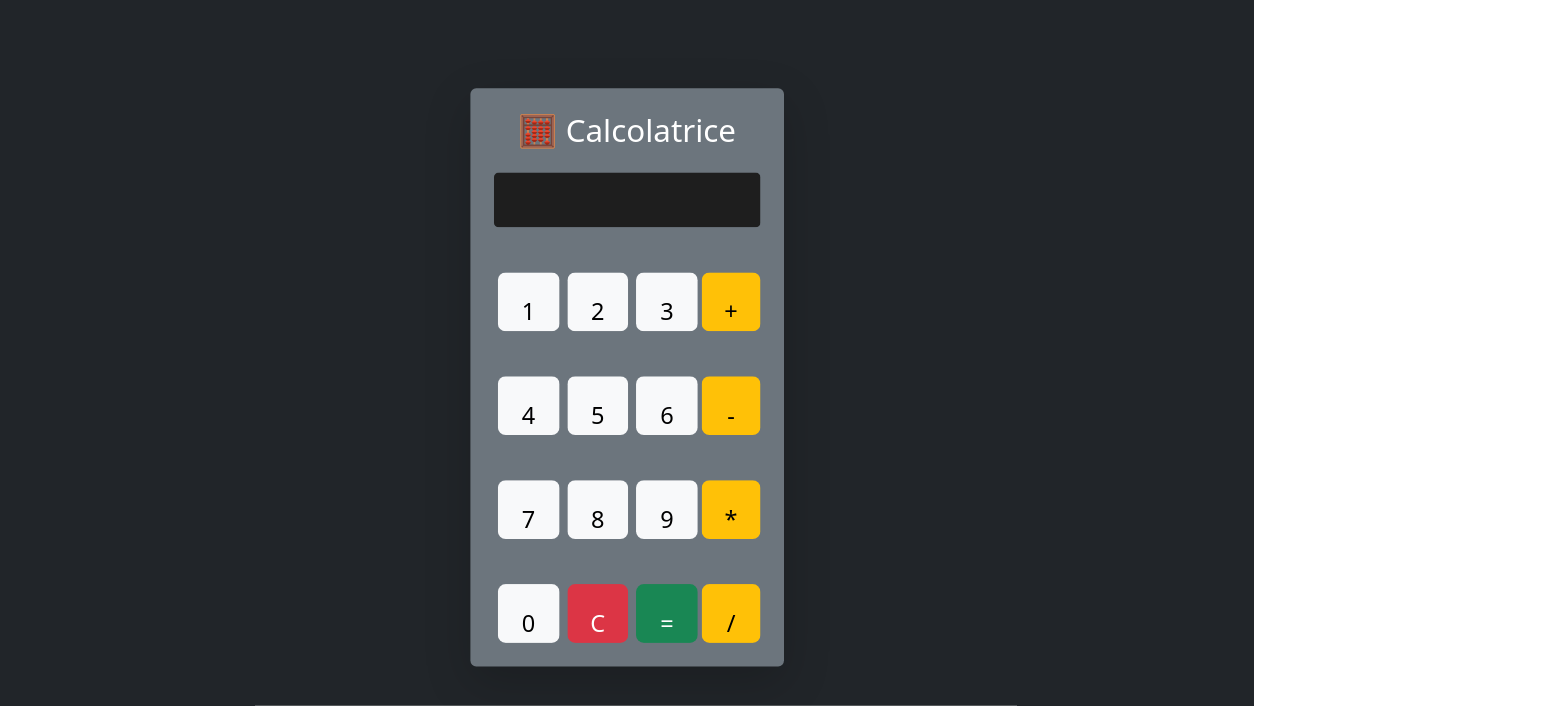
Repository: Probyte5D/Calcolatrice-FullStack
Page: /calculator (app in frontend/)
An editor plug-in stored every save of this project. The page is shown before and after the next save, followed by the edit.
The browser window is 1280 px wide. The page is 1280 px wide, then 1584 px, then 1280 px, so the pictures cover 1584 px, including what lies to the right of the window. The pictures show the whole page, at 98% of full size.
The project was rebuilt for these pictures with package versions that can differ from the ones it lists, and the page was loaded fresh each time. Also part of the build but not shown: frontend/src/App.css, frontend/src/components/HomePage.js.

Above is the page before, as saved 2025-04-19 16:55:27.

After the next save:
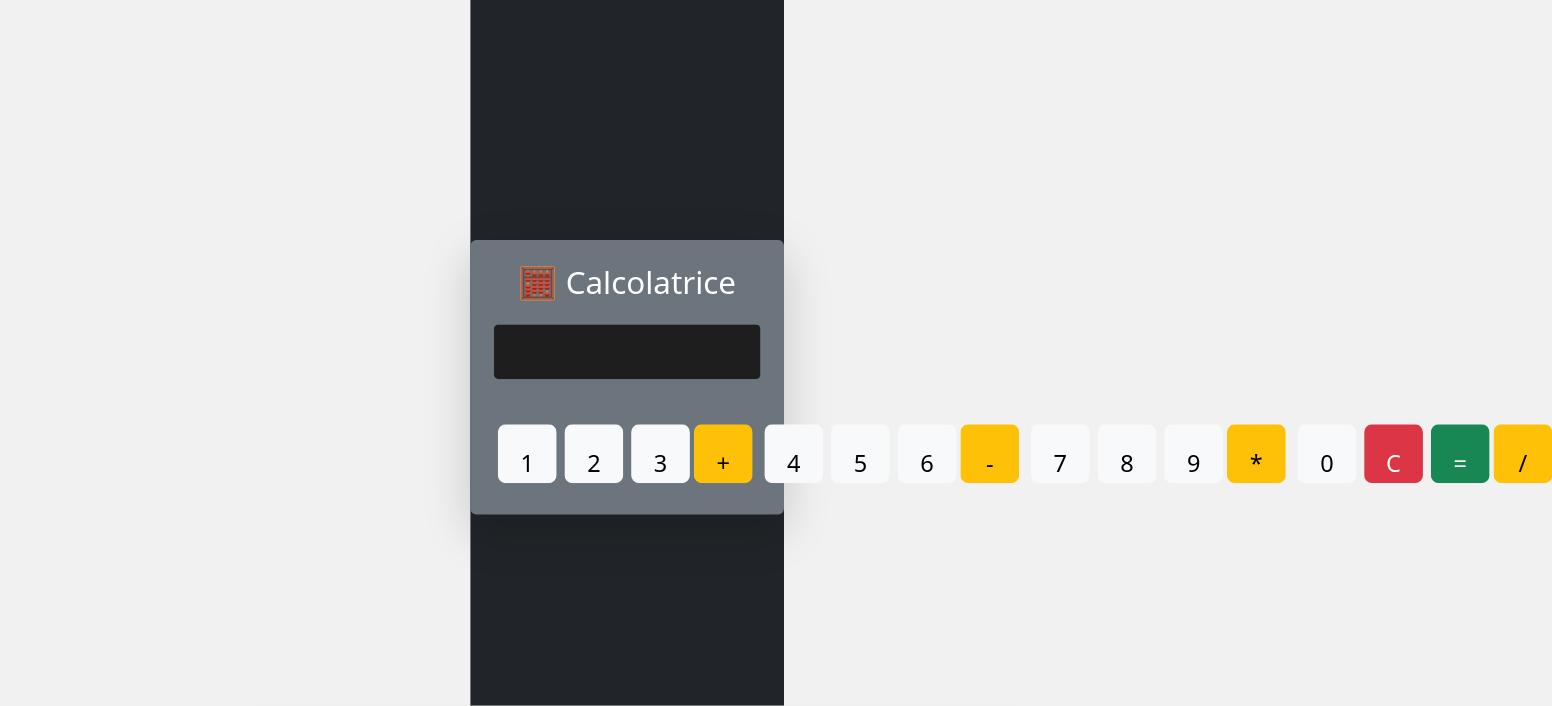
Saved 76 s later.
--- a/frontend/src/components/Calculator.css
+++ b/frontend/src/components/Calculator.css
@@ -1,11 +1,19 @@
-/* Calculator.css */
+/* Calcolatrice centrale con flexbox */
+body, html {
+  height: 100%;
+  margin: 0;
+  display: flex;
+  justify-content: center; /* Centra orizzontalmente */
+  align-items: center;     /* Centra verticalmente */
+  background-color: #f1f1f1; /* Colore di sfondo */
+}
 
-/* Stile principale della calcolatrice */
 .calculator {
   background-color: #2d2d2d; /* Sfondo scuro */
   border-radius: 10px;
   padding: 20px;
   box-shadow: 0 4px 10px rgba(0, 0, 0, 0.3);
+  width: 300px; /* Imposta una larghezza fissa per la calcolatrice */
 }
 
 /* Colore del display (campo di input) */
@@ -17,16 +25,31 @@
   border-radius: 5px;
   padding: 10px;
   text-align: right;
+  width: 100%; /* Per fare in modo che si allarghi per tutta la larghezza */
 }
 
-/* Stile per i pulsanti */
-.btn {
-  font-size: 1.2rem;
-  font-weight: bold;
-  border-radius: 5px;
+/* Pulsanti */
+.d-grid {
+  gap: 10px;
+  display: grid;
+  grid-template-columns: repeat(4, 1fr); /* 4 colonne */
+}
+
+/* Pulsanti di numeri e operatori */
+.d-flex button {
+  width: 60px;
+  height: 60px;
+  font-size: 1.5rem;
+  border-radius: 8px;
+  border: 2px solid transparent;
   transition: all 0.3s ease;
 }
 
+.d-flex button:active {
+  transform: scale(0.95);
+}
+
+/* Colore dei pulsanti */
 .btn-light {
   background-color: #3a3a3a;
   color: #fff;
@@ -63,24 +86,6 @@
   background-color: #27ae60;
 }
 
-/* Layout dei tasti con uno spazio tra di loro */
-.d-grid {
-  gap: 10px;
-}
-
-/* Pulsanti di numeri e operatori */
-.d-flex button {
-  width: 60px;
-  height: 60px;
-  font-size: 1.5rem;
-  border-radius: 8px;
-  border: 2px solid transparent;
-}
-
-.d-flex button:active {
-  transform: scale(0.95);
-}
-
 /* Colore dell'errore */
 .alert-danger {
   background-color: #e74c3c;

After the save that followed:
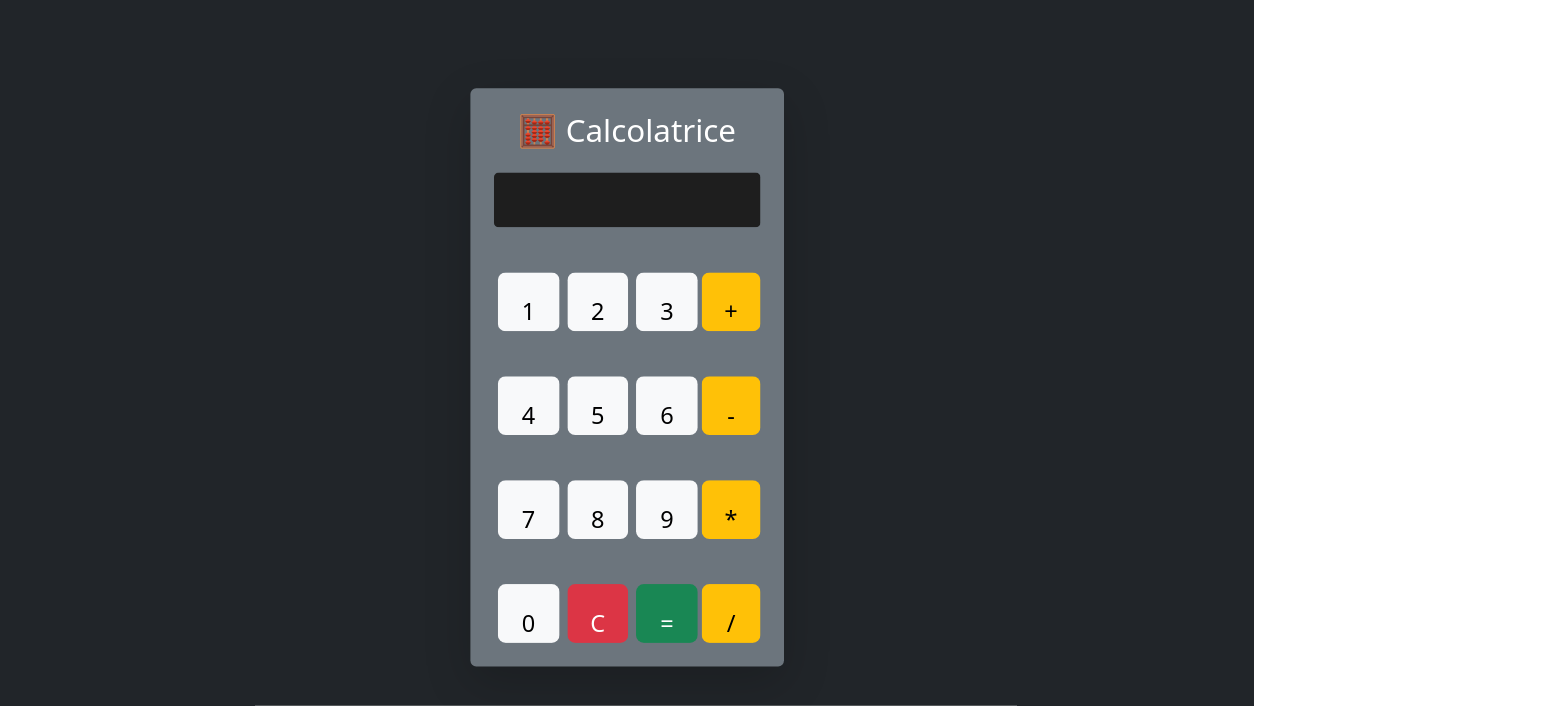
Saved 6 s later.
--- a/frontend/src/components/Calculator.css
+++ b/frontend/src/components/Calculator.css
@@ -1,19 +1,11 @@
-/* Calcolatrice centrale con flexbox */
-body, html {
-  height: 100%;
-  margin: 0;
-  display: flex;
-  justify-content: center; /* Centra orizzontalmente */
-  align-items: center;     /* Centra verticalmente */
-  background-color: #f1f1f1; /* Colore di sfondo */
-}
+/* Calculator.css */
 
+/* Stile principale della calcolatrice */
 .calculator {
   background-color: #2d2d2d; /* Sfondo scuro */
   border-radius: 10px;
   padding: 20px;
   box-shadow: 0 4px 10px rgba(0, 0, 0, 0.3);
-  width: 300px; /* Imposta una larghezza fissa per la calcolatrice */
 }
 
 /* Colore del display (campo di input) */
@@ -25,31 +17,16 @@
   border-radius: 5px;
   padding: 10px;
   text-align: right;
-  width: 100%; /* Per fare in modo che si allarghi per tutta la larghezza */
 }
 
-/* Pulsanti */
-.d-grid {
-  gap: 10px;
-  display: grid;
-  grid-template-columns: repeat(4, 1fr); /* 4 colonne */
-}
-
-/* Pulsanti di numeri e operatori */
-.d-flex button {
-  width: 60px;
-  height: 60px;
-  font-size: 1.5rem;
-  border-radius: 8px;
-  border: 2px solid transparent;
+/* Stile per i pulsanti */
+.btn {
+  font-size: 1.2rem;
+  font-weight: bold;
+  border-radius: 5px;
   transition: all 0.3s ease;
 }
 
-.d-flex button:active {
-  transform: scale(0.95);
-}
-
-/* Colore dei pulsanti */
 .btn-light {
   background-color: #3a3a3a;
   color: #fff;
@@ -86,6 +63,24 @@
   background-color: #27ae60;
 }
 
+/* Layout dei tasti con uno spazio tra di loro */
+.d-grid {
+  gap: 10px;
+}
+
+/* Pulsanti di numeri e operatori */
+.d-flex button {
+  width: 60px;
+  height: 60px;
+  font-size: 1.5rem;
+  border-radius: 8px;
+  border: 2px solid transparent;
+}
+
+.d-flex button:active {
+  transform: scale(0.95);
+}
+
 /* Colore dell'errore */
 .alert-danger {
   background-color: #e74c3c;
